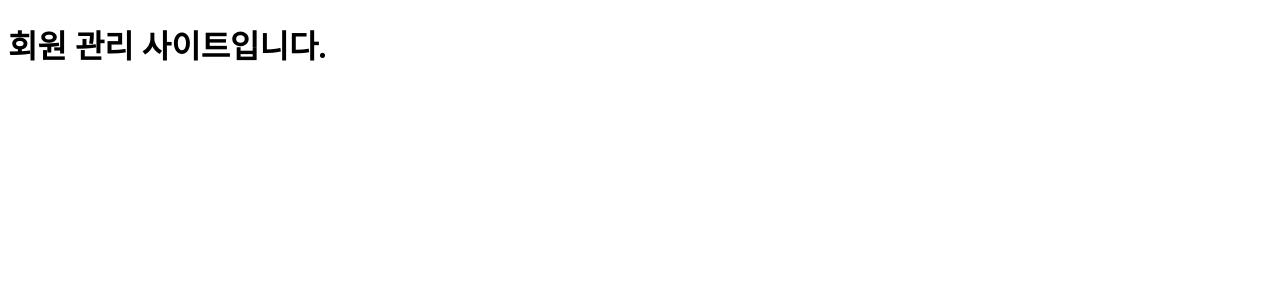
Repository: totesbk/JSP-
Page: http://localhost/web09/
The author's editor kept a copy of each file at every save. The page is drawn from the files as they stood at one save, then again after the next save.
The browser window is 1280 px wide. The pictures show the whole page.
The page is served by Tomcat 9.

Above is the page before, as saved 2020-10-13 06:10:34.

After the next save:
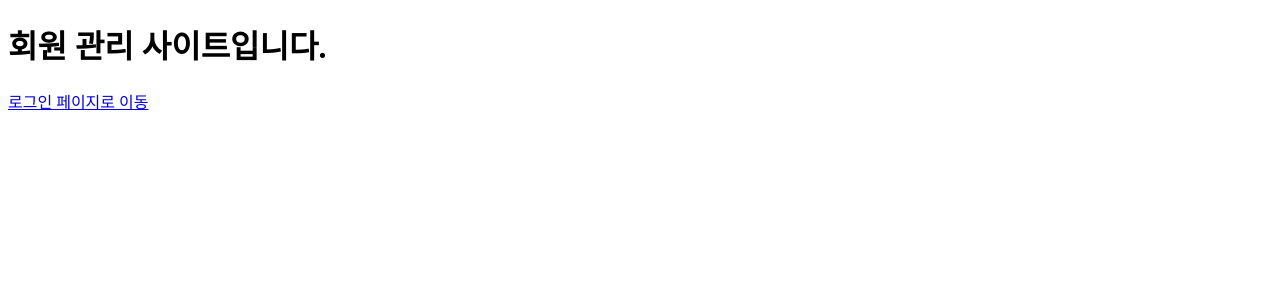
Saved 68 s later.
--- a/web09/WebContent/index.jsp
+++ b/web09/WebContent/index.jsp
@@ -8,5 +8,6 @@
 </head>
 <body>
 <h1>회원 관리 사이트입니다.</h1>
+<a href="login.do">로그인 페이지로 이동</a>
 </body>
 </html>
